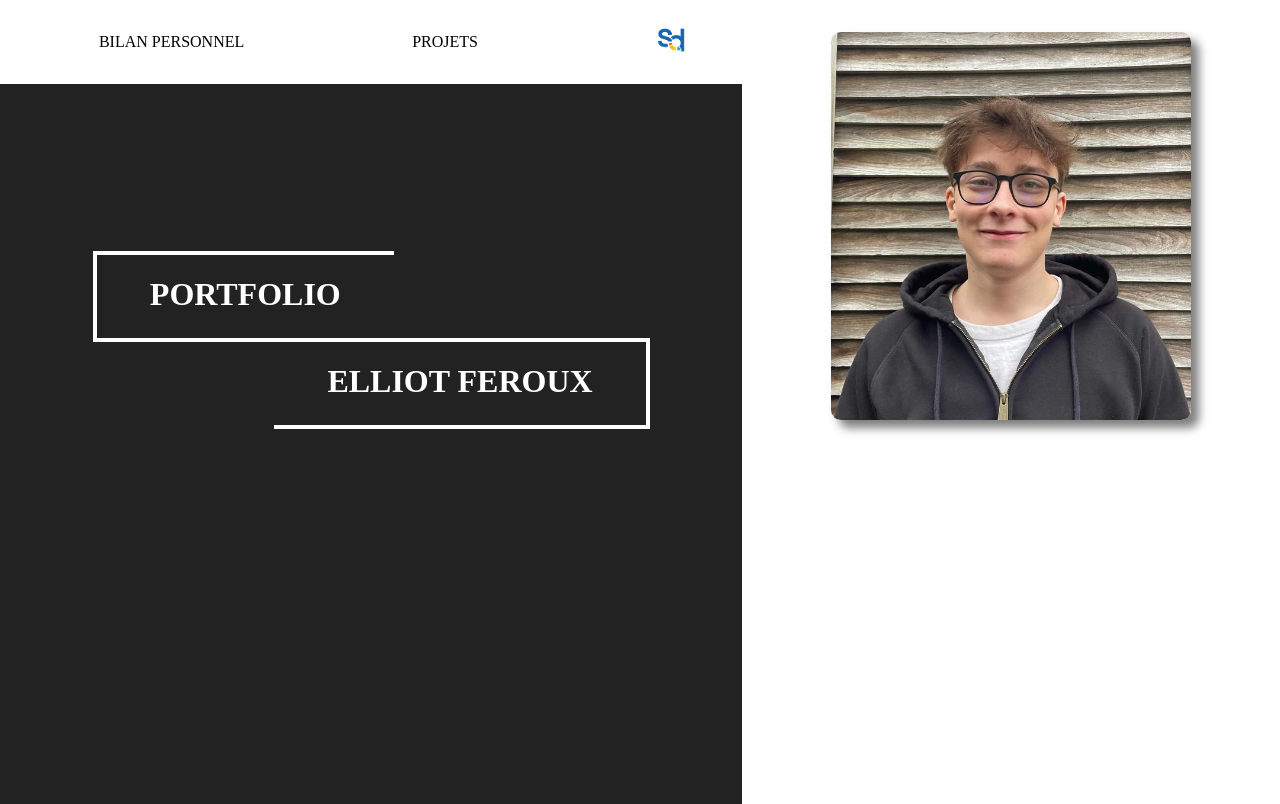
Repository: elliotfx/elliotfx.github.io
Page: html/main.html
These files come from the project's save history. The page is drawn as it stood at one moment and after the next save; the edit follows.
The browser window is 1280 px wide. The pictures show the whole page.

Above is the page before, as saved 2025-03-18 22:08:16.

After the next save:
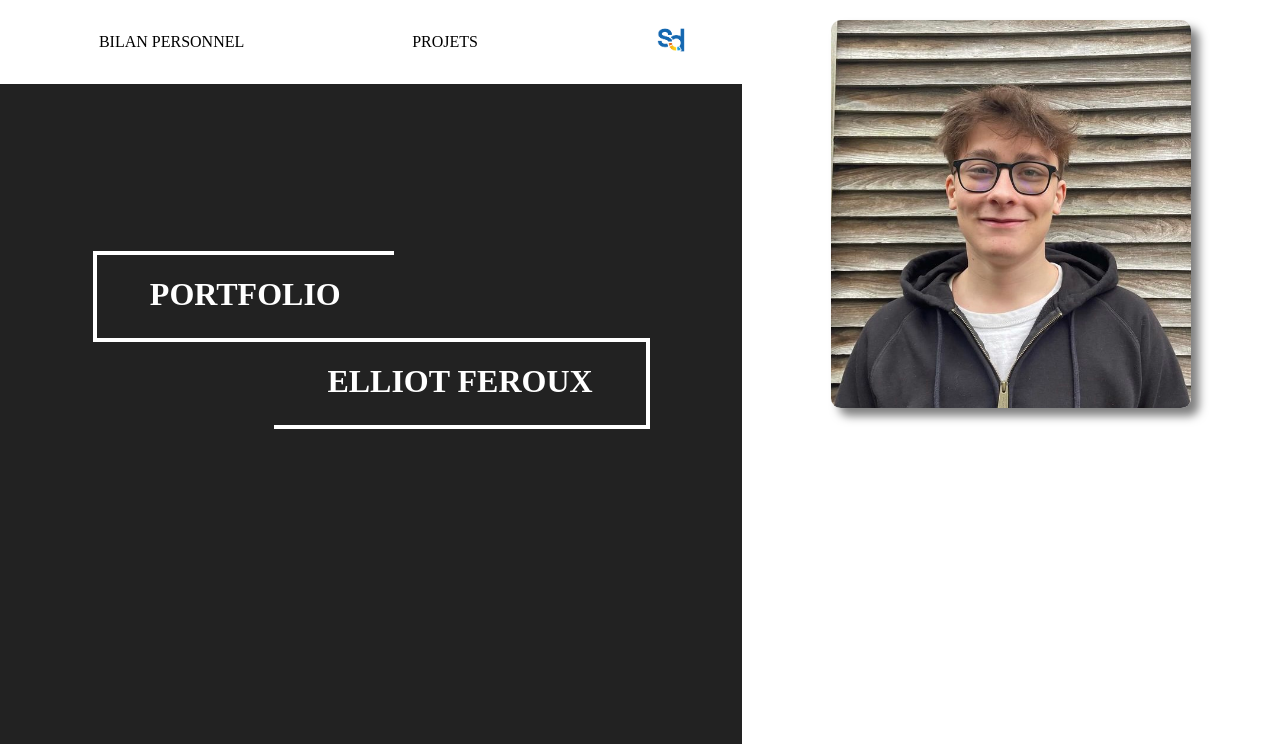
Saved 55 s later.
--- a/css/style.css
+++ b/css/style.css
@@ -93,7 +93,7 @@ body, html {
 
 .container {
     width: 100%;
-    height: 100vh;
+    height: calc(100vh - 60px); /* 60px = hauteur du header */
     display: flex;
     z-index: -100;
 }
